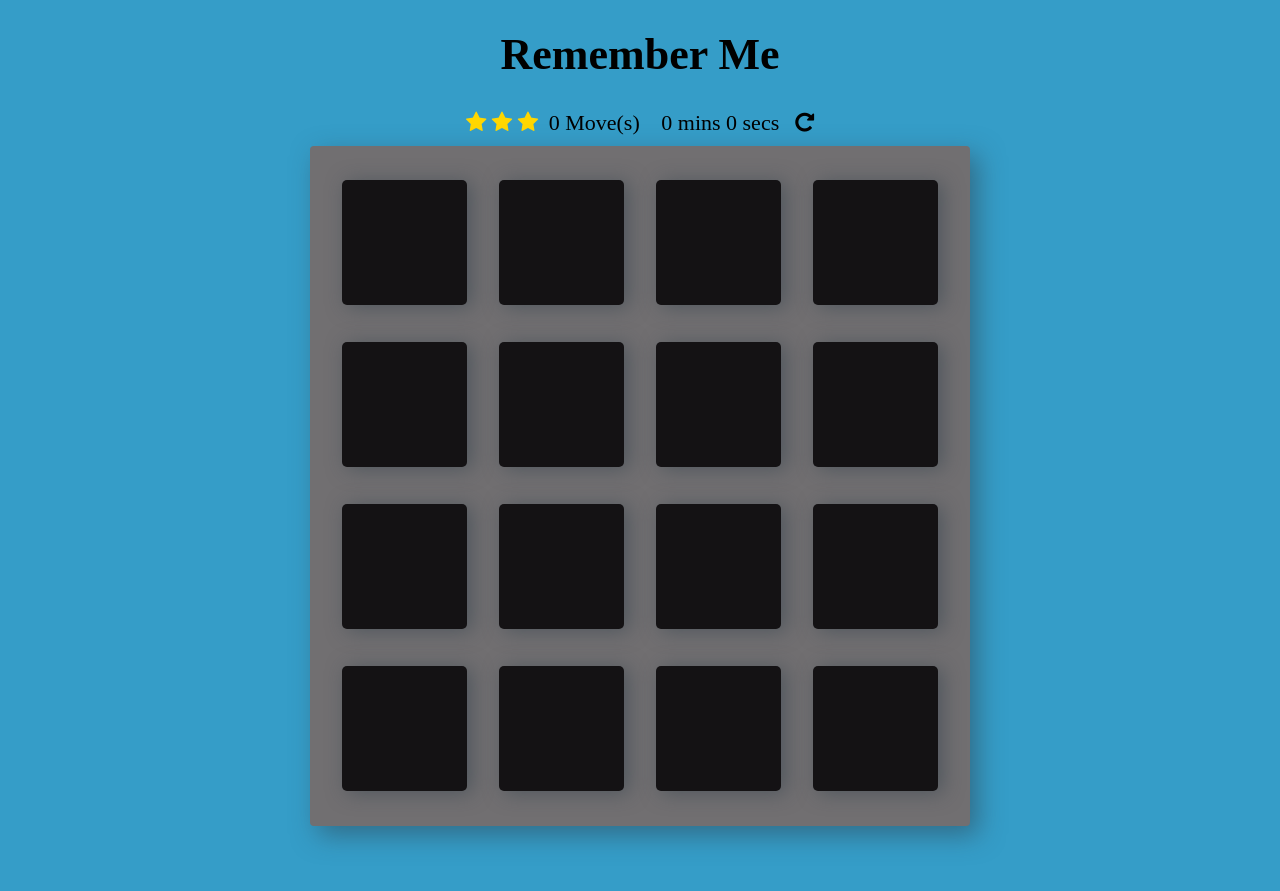
Repository: chrisntaskas/rememberme
Page: index.html
The author's editor kept a record of every edit. The page is drawn from the files as they stood at one moment, then again after the next edit.
The browser window is 1280 px wide. The pictures show the whole page.
Some web fonts or font styles are not loaded; a fallback is used. Some web libraries are served in a nearby version.

Above is the page before.

After the next edit:
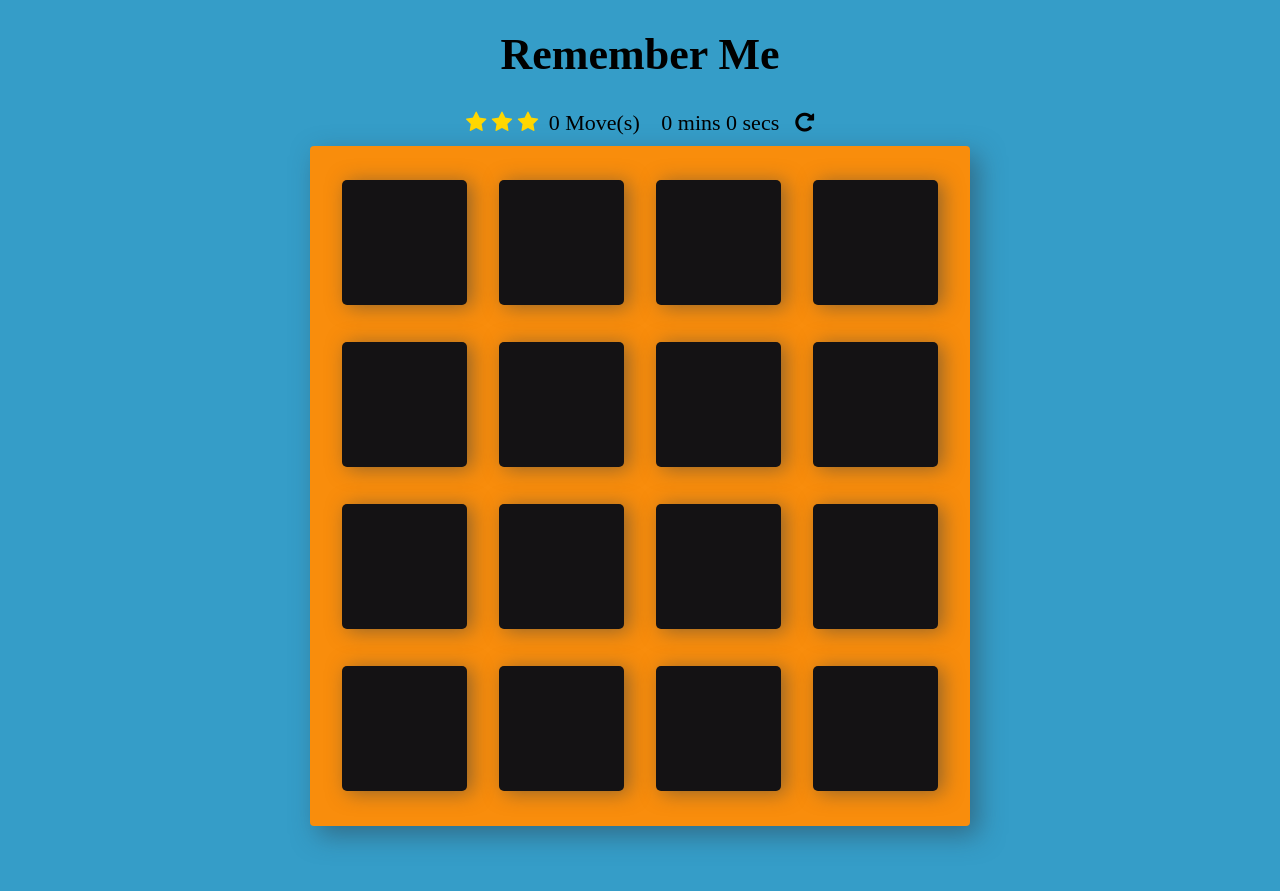
The edit:
--- a/css/app.css
+++ b/css/app.css
@@ -41,7 +41,7 @@
 
 .deck {
 	width: 85%;
-	background: #716F71;
+	background: #F98D0C;
 	padding: 1rem;
 	border-radius: 4px;
 	box-shadow: 8px 9px 26px 0 rgba(46, 61, 73, 0.5);
